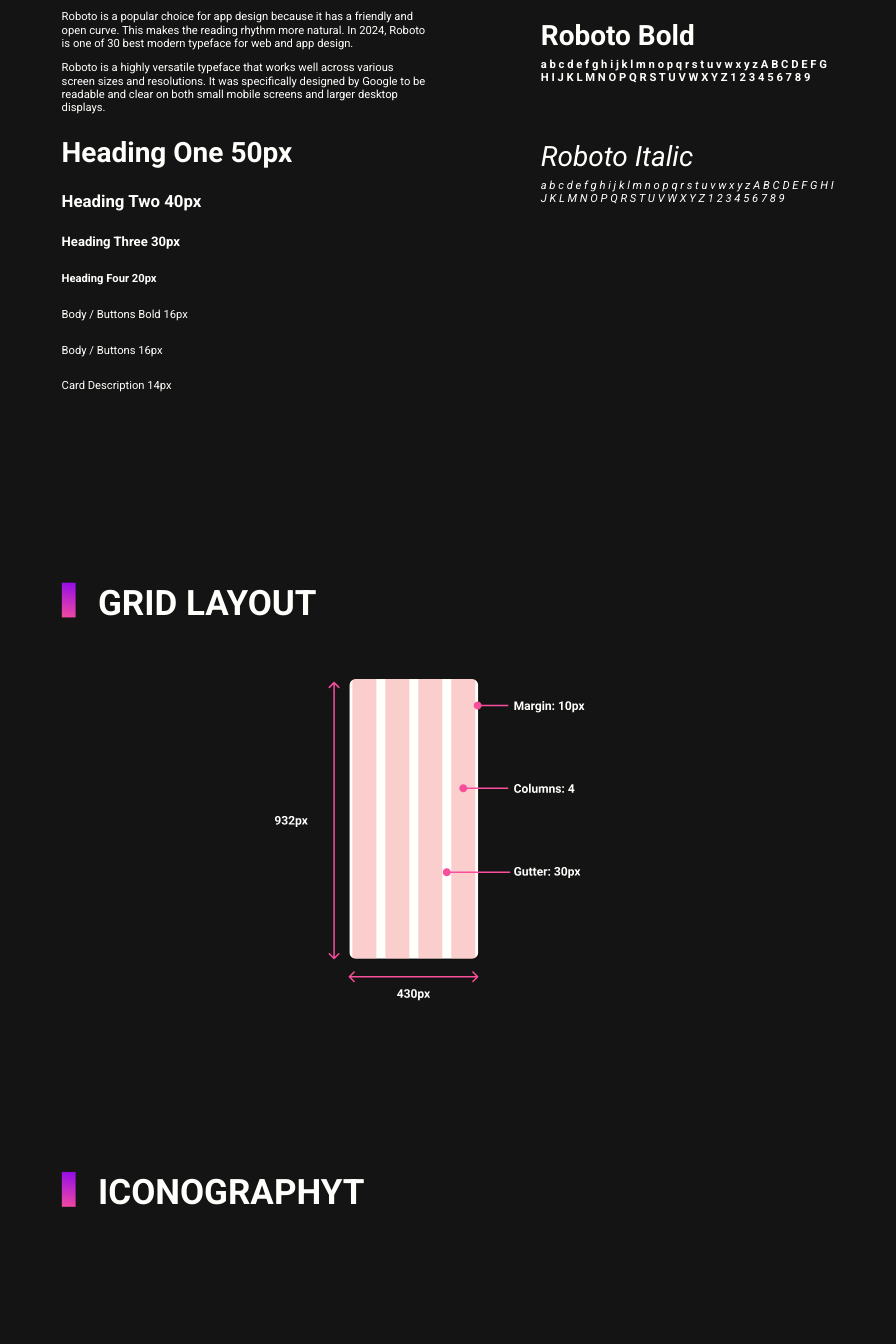
Repository: MonicaNguyenH/artflow_frontend_vanJS
Page: index.html
The author's editor kept a copy of each file at every save. The page is drawn from the files as they stood at one save, then again after the next save.
The browser window is 1280 px wide. The pictures show the part of the page from y = 4580 to 6500 px (the page is 6640 px tall before and 7254 px after), at 70% of full size.
Some web fonts or font styles are not loaded; a fallback is used.

Above is the page before, as saved 2024-04-05 17:24:14.

After the next save:
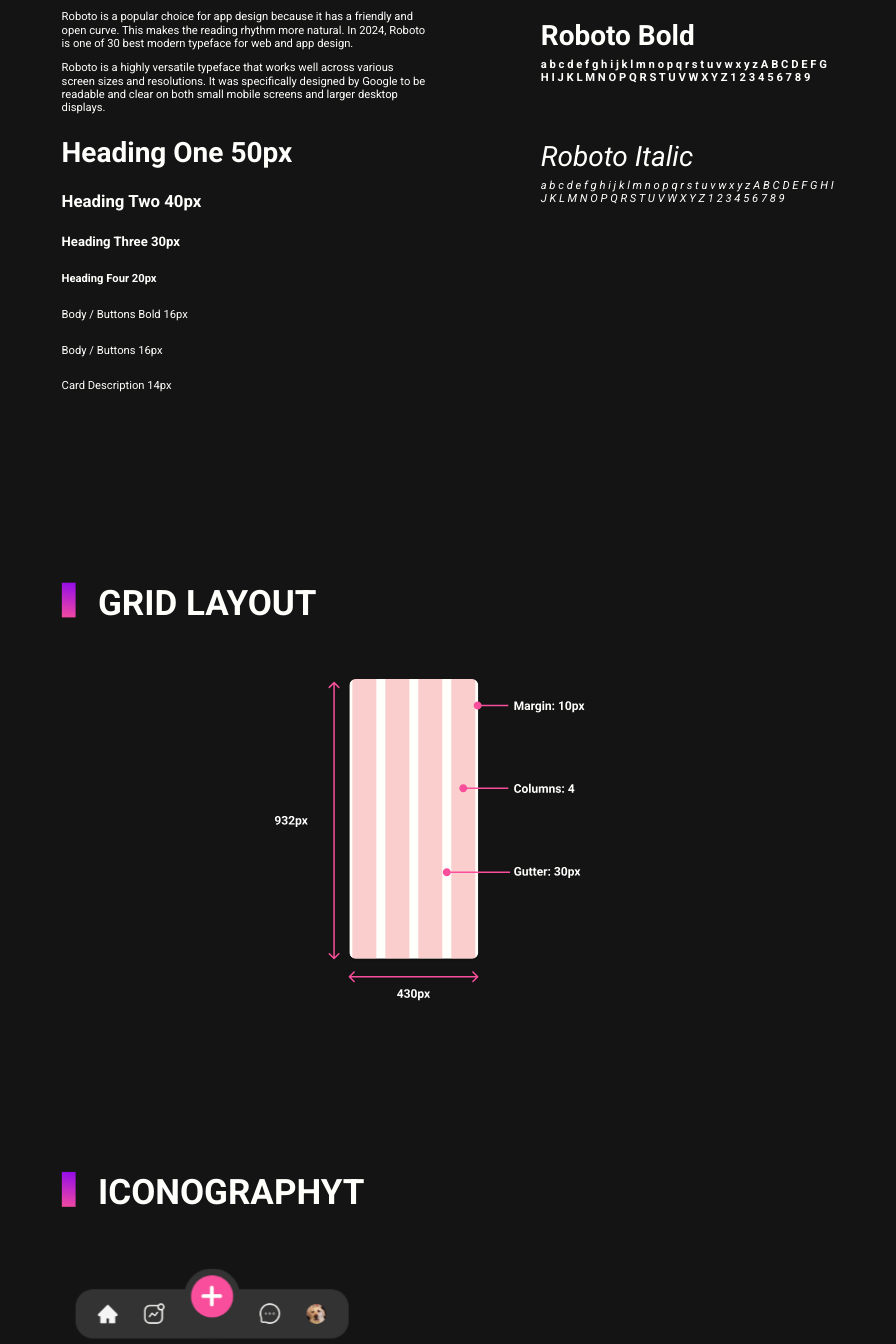
Saved 3 min 17 s later.
--- a/index.html
+++ b/index.html
@@ -269,7 +269,7 @@
             </div>
             <div class="iconography row l-col-3">
                 <div class="col">
-
+                    <img src="img/nav_bar_variants.svg" alt="nav bar variant"/>
                 </div>
                 <div class="col">
 
